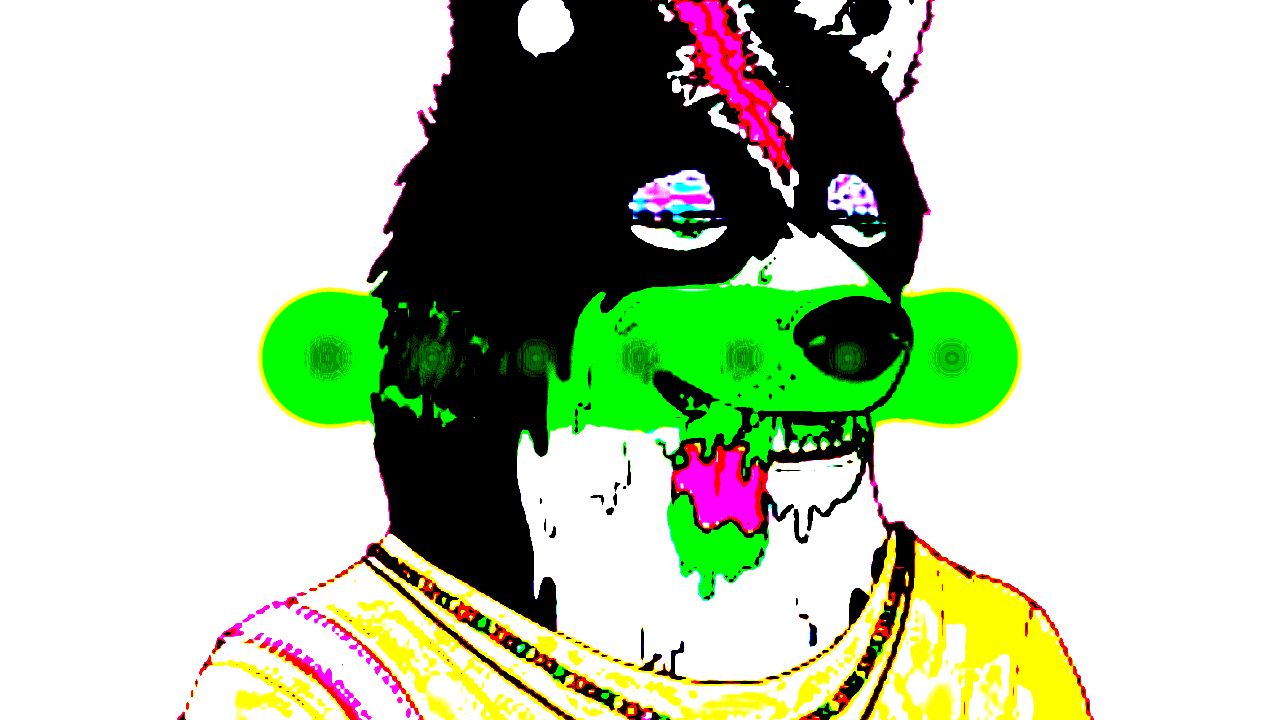
Repository: CSituma/MSCfanArt
Page: index.html
An editor plug-in stored every save of this project. The page is shown before and after the next save, followed by the edit.
The browser window is 1280 px wide. The pictures show the whole page.
Some web libraries are served in a nearby version.

Above is the page before, as saved 2022-02-18 02:35:38.

After the next save:
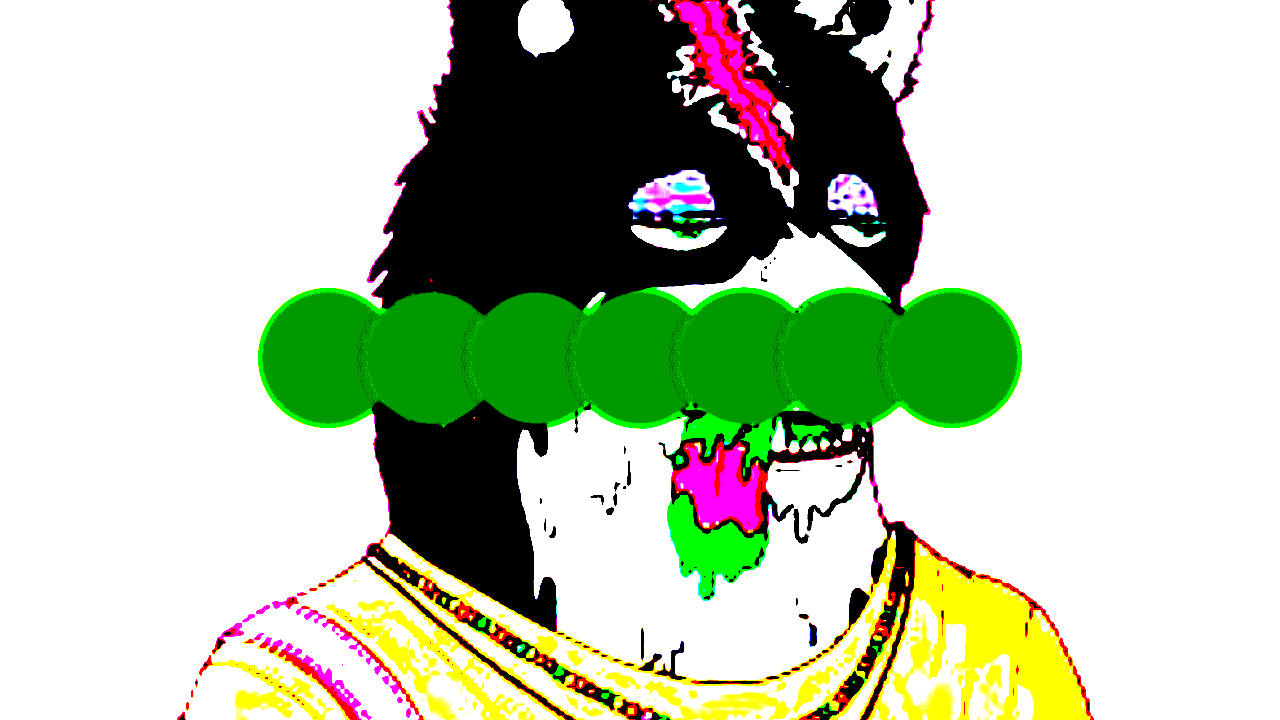
Saved 6 s later.
--- a/style.css
+++ b/style.css
@@ -21,7 +21,7 @@
 
 .container div {
     width: 140px;
-    filter: blur(25px);
+    filter: blur(2px);
     height: 140px;
     background: green;
     display: inline-block;

After the save that followed:
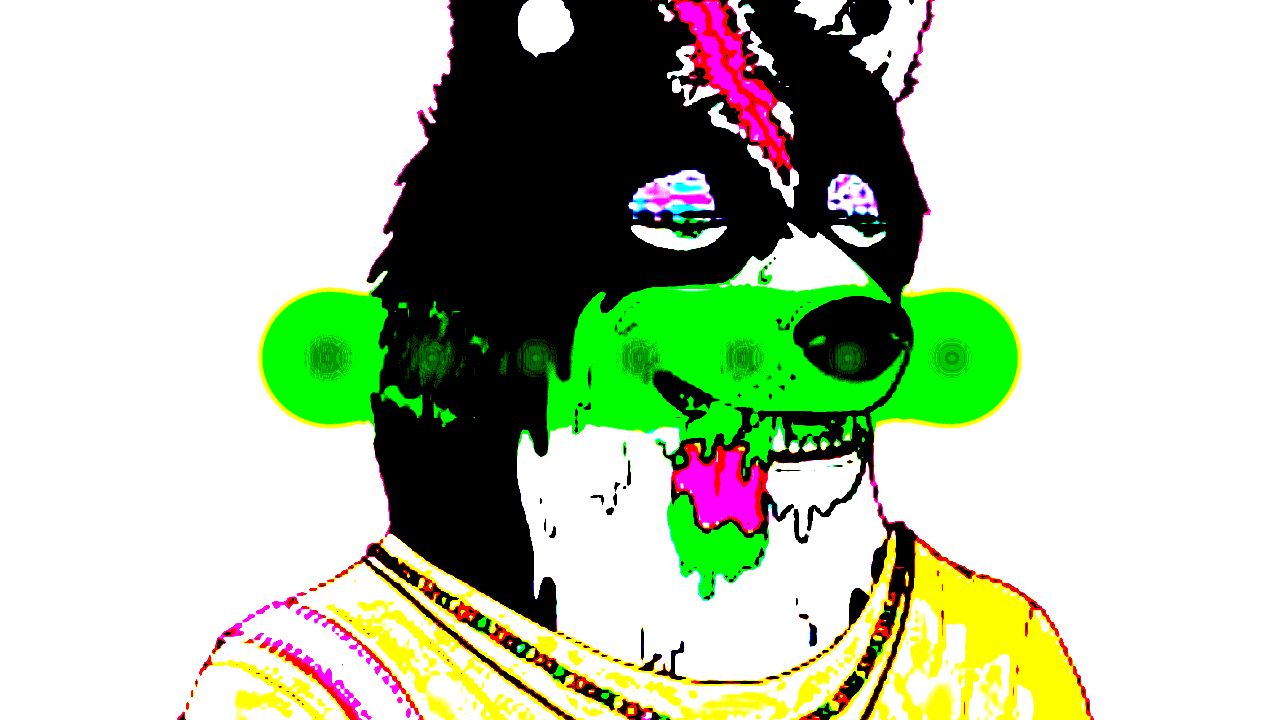
Saved 6 s later.
--- a/style.css
+++ b/style.css
@@ -21,7 +21,7 @@
 
 .container div {
     width: 140px;
-    filter: blur(2px);
+    filter: blur(25px);
     height: 140px;
     background: green;
     display: inline-block;
